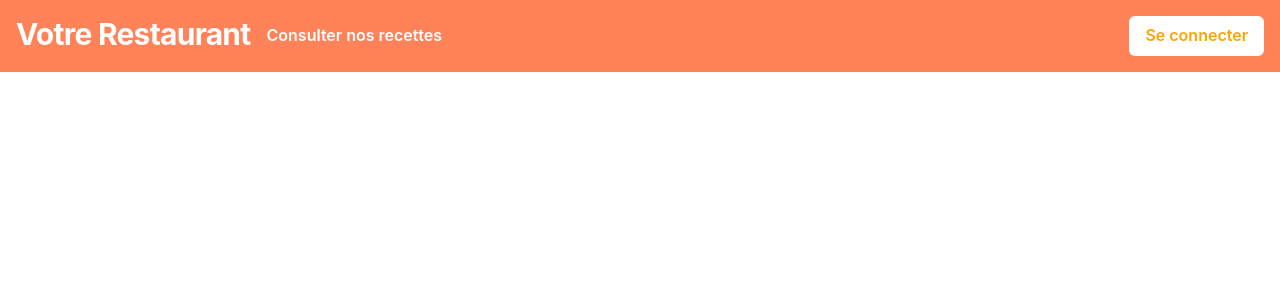
Repository: Ecaron76/tp-restau-next
Page: /
An editor plug-in stored every save of this project. The page is shown before and after the next save, followed by the edit.
The browser window is 1280 px wide. The pictures show the whole page.
The project was rebuilt for these pictures with package versions that can differ from the ones it lists, and the page was loaded fresh each time. The framework's server and built-in components were replaced by stand-ins that run in the browser. Also part of the build but not shown: next.config.mjs.

Above is the page before, as saved 2024-02-25 18:10:06.

### src/app/layout.tsx
'use client'

import { Inter } from "next/font/google";
import "./globals.css";
import { ChakraProvider, extendTheme  } from '@chakra-ui/react'
import Header from "@/components/Header/Header";
const theme = extendTheme({
  colors: {
    brand: {
      50: '#ffeee6',
      100: '#ffc7b7',
      200: '#ffa788',
      300: '#ff8259',
      400: '#ff5b29',
      500: '#ff3300',
      600: '#cc2900',
      700: '#991f00',
      800: '#661600',
      900: '#330c00',
    },
  },
});



export function Providers({ children }: { children: React.ReactNode }) {
  return <ChakraProvider theme={theme}>{children}</ChakraProvider>
}

export default function RootLayout({
  children,
}: Readonly<{
  children: React.ReactNode;
}>) {
  return (
    <html lang="en">
      <body>
        <Providers>{children}</Providers>
      </body>
    </html>
  );
}

### src/app/page.tsx
import Image from "next/image";

import Header from "@/components/Header/Header";

export default function Home() {
  return (
    <main >
      <Header />
    </main>
  );
}

### src/app/globals.css
:root {
  --max-width: 1100px;
  --border-radius: 12px;
  --font-mono: ui-monospace, Menlo, Monaco, "Cascadia Mono", "Segoe UI Mono",
    "Roboto Mono", "Oxygen Mono", "Ubuntu Monospace", "Source Code Pro",
    "Fira Mono", "Droid Sans Mono", "Courier New", monospace;

  --foreground-rgb: 0, 0, 0;
  --background-start-rgb: 214, 219, 220;
  --background-end-rgb: 255, 255, 255;

  --primary-glow: conic-gradient(
    from 180deg at 50% 50%,
    #16abff33 0deg,
    #0885ff33 55deg,
    #54d6ff33 120deg,
    #0071ff33 160deg,
    transparent 360deg
  );
  --secondary-glow: radial-gradient(
    rgba(255, 255, 255, 1),
    rgba(255, 255, 255, 0)
  );

  --tile-start-rgb: 239, 245, 249;
  --tile-end-rgb: 228, 232, 233;
  --tile-border: conic-gradient(
    #00000080,
    #00000040,
    #00000030,
    #00000020,
    #00000010,
    #00000010,
    #00000080
  );

  --callout-rgb: 238, 240, 241;
  --callout-border-rgb: 172, 175, 176;
  --card-rgb: 180, 185, 188;
  --card-border-rgb: 131, 134, 135;
}

@media (prefers-color-scheme: dark) {
  :root {
    --foreground-rgb: 255, 255, 255;
    --background-start-rgb: 0, 0, 0;
    --background-end-rgb: 0, 0, 0;

    --primary-glow: radial-gradient(rgba(1, 65, 255, 0.4), rgba(1, 65, 255, 0));
    --secondary-glow: linear-gradient(
      to bottom right,
      rgba(1, 65, 255, 0),
      rgba(1, 65, 255, 0),
      rgba(1, 65, 255, 0.3)
    );

    --tile-start-rgb: 2, 13, 46;
    --tile-end-rgb: 2, 5, 19;
    --tile-border: conic-gradient(
      #ffffff80,
      #ffffff40,
      #ffffff30,
      #ffffff20,
      #ffffff10,
      #ffffff10,
      #ffffff80
    );

    --callout-rgb: 20, 20, 20;
    --callout-border-rgb: 108, 108, 108;
    --card-rgb: 100, 100, 100;
    --card-border-rgb: 200, 200, 200;
  }
}

* {
  box-sizing: border-box;
  padding: 0;
  margin: 0;
}

html,
body {

  overflow-x: hidden;
}

body {
  color: rgb(var(--foreground-rgb));
  background: linear-gradient(
      to bottom,
      transparent,
      rgb(var(--background-end-rgb))
    )
    rgb(var(--background-start-rgb));
}

a {
  color: inherit;
  text-decoration: none;
}

@media (prefers-color-scheme: dark) {
  html {
    color-scheme: dark;
  }
}

### src/components/Header/Header.tsx
import { Box, Flex, Heading, Spacer, Button } from '@chakra-ui/react';
import NextLink from 'next/link'; // Pour gérer la navigation entre les pages

const Header = () => {
  return (
    <Box bg="brand.300" p={4} color="white">
      <Flex alignItems="center" maxW="100%"  justifyContent='space-between'>
        {/* Logo ou Nom du restaurant */}
        <Box display={'flex'}>
        <Heading as="h1" size="lg" letterSpacing="tight">
          <NextLink href="/" passHref>
              Votre Restaurant
          </NextLink>
        </Heading>
        <Box>
          <NextLink href="/recettes" passHref>
            <Button  variant="ghost" color={'white'}>
              Consulter nos recettes
            </Button>
          </NextLink>
        </Box>
        </Box>
        <Box>
          <NextLink href="/login" passHref>
            <Button  variant="ghost" color={'orange'} bg={'white'}>
              Se connecter
            </Button>
          </NextLink>
        </Box>
      </Flex>
    </Box>
  );
};

export default Header;

After the next save:
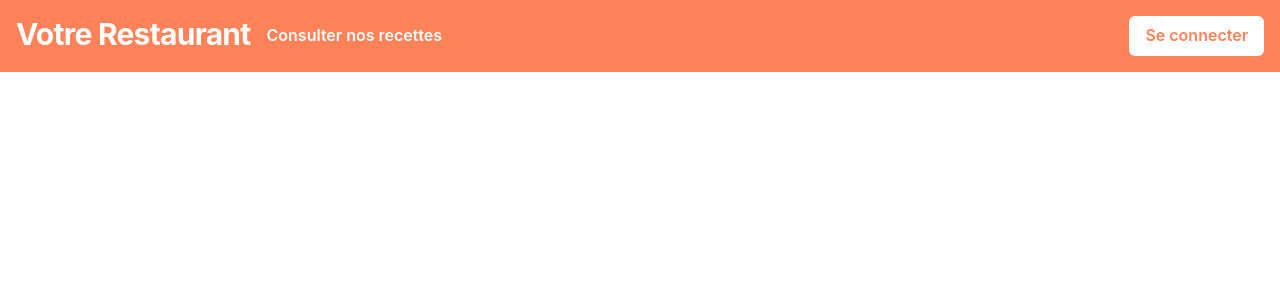
Saved 20 s later.
--- a/src/components/Header/Header.tsx
+++ b/src/components/Header/Header.tsx
@@ -22,7 +22,7 @@ const Header = () => {
         </Box>
         <Box>
           <NextLink href="/login" passHref>
-            <Button  variant="ghost" color={'orange'} bg={'white'}>
+            <Button  variant="ghost" color={'brand.300'} bg={'white'}>
               Se connecter
             </Button>
           </NextLink>
